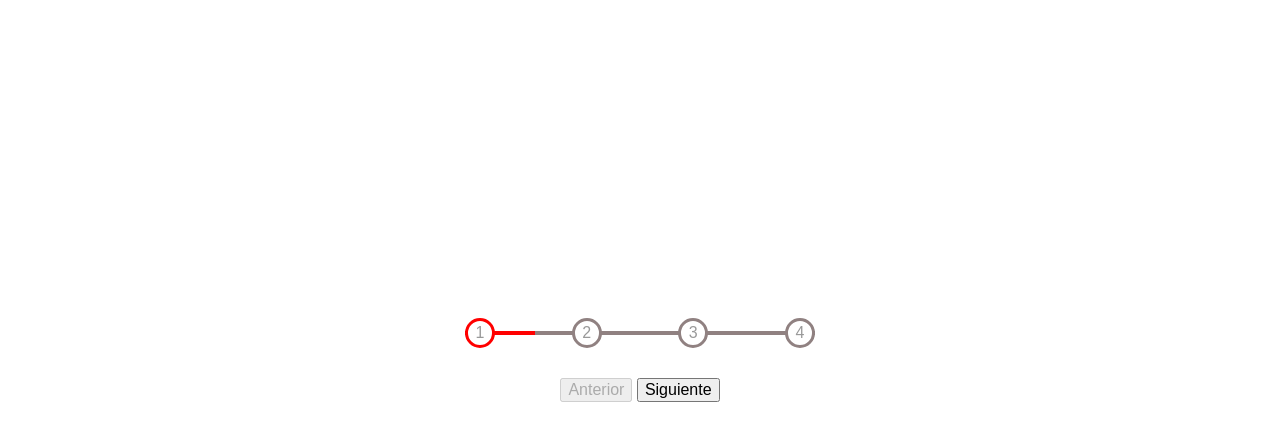
Repository: ElideZavala/Linea-de-tiempo
Page: index.html
An editor plug-in stored every save of this project. The page is shown before and after the next save, followed by the edit.
The browser window is 1280 px wide. The pictures show the whole page.
Some web fonts or font styles are not loaded; a fallback is used.

Above is the page before, as saved 2021-05-28 07:29:28.

### index.html
<!DOCTYPE html>
<html lang="en">
<head>
	<meta charset="UTF-8">
	<meta http-equiv="X-UA-Compatible" content="IE=edge">
	<meta name="viewport" content="width=device-width, initial-scale=1.0">
	<link rel="stylesheet" href="style.css">
	<link rel="stylesheet" href="normalize.css">
	<title>Pasos de progreso </title>
</head>
<body>
	<div class="container">
		<div class="progress-container">
			<div class="progress" id="progress"></div>
			<div class="circle active">1</div>
			<div class="circle">2</div>
			<div class="circle">3</div>
			<div class="circle">4</div>
		</div>

		<button class="btn" id="prev" disabled>Anterior</button>
		<button class="btn" id="next">Siguiente</button>
		<script src="script.js"></script>
	</div>
</body>
</html>

### style.css
/* @import url('https://fonts.googleapis.com/css2?family=Roboto:wght@400;700&display=swap'); */
@import url('https://fonts.googleapis.com/css?family=Muli&display=swap');


:root {
	--line-border-fill: rgb(144, 129, 129)
}

* {
	box-sizing: border-box;
}

body {
	font-family: 'Muli', sans-serif;
	display: flex;
	flex-direction: column;
	align-items: center;
	justify-content: center;
	height: 100vh;
	overflow: hidden;
	margin: 0;
}

.container {
	text-align: center;
}

.progress-container {
	display: flex;
	justify-content: space-between;
	position: relative;
	margin-bottom: 30px;
	max-width: 100%;
	width: 350px;
}

.progress-container::before {
	content: '';
	background-color: rgb(144, 129, 129);
	position: absolute;
	top: 50%;
	left: 0;
	transform: translateY(-50%);
	height: 4px;
	width: 100%;
	z-index: -1;
	transition: 0.4s ease;
}

.progress {
	background-color: red;
	position: absolute;
	top: 50%;
	left: 0;
	transform: translateY(-50%);
	height: 4px;
	width: 20%;
	z-index: -1;
	transition: 0.4s ease;
}

.circle {
	background-color: #fff;
	color: #999;
	border-radius: 50%;
	height: 30px;
	width: 30px;
	display: flex;
	align-items: center;
	justify-content: center;
	border: 3px solid rgb(144, 129, 129);
	transition: .4s ease;
}

.circle.active {
	border-color: red;
}

Loaded but not shown: normalize.css (library); script.js (no stored copy; drawn as an empty file)

After the next save:
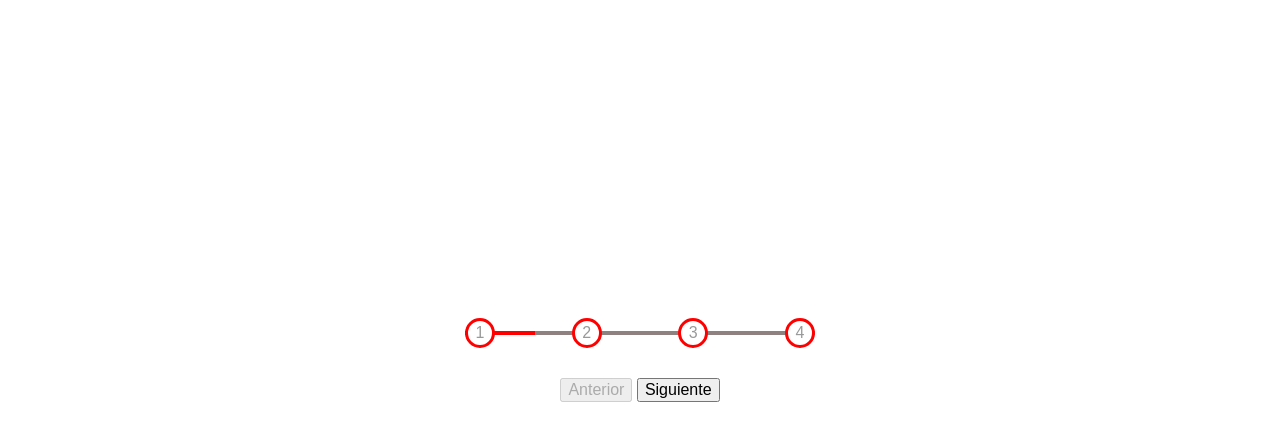
Saved 5 min 42 s later.
--- a/style.css
+++ b/style.css
@@ -3,7 +3,8 @@
 
 
 :root {
-	--line-border-fill: rgb(144, 129, 129)
+	--line-border-fill: red;
+	--line-border-empty: rgb(144, 129, 129);
 }
 
 * {
@@ -36,7 +37,7 @@
 
 .progress-container::before {
 	content: '';
-	background-color: rgb(144, 129, 129);
+	background-color: var( --line-border-empty);
 	position: absolute;
 	top: 50%;
 	left: 0;
@@ -68,7 +69,7 @@
 	display: flex;
 	align-items: center;
 	justify-content: center;
-	border: 3px solid rgb(144, 129, 129);
+	border: 3px solid var(--line-border-fill);
 	transition: .4s ease;
 }
 

After the save that followed:
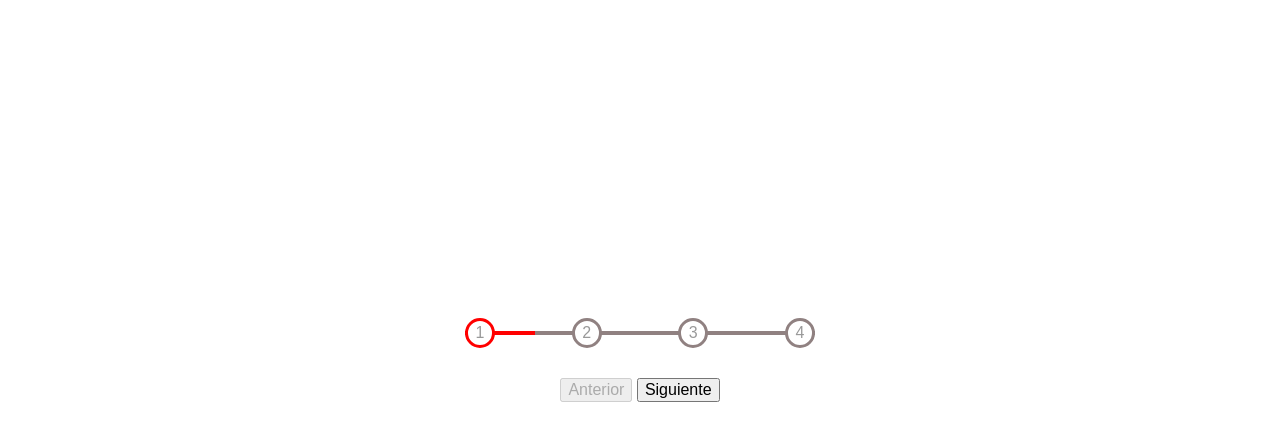
Saved 29 s later.
--- a/style.css
+++ b/style.css
@@ -69,7 +69,7 @@
 	display: flex;
 	align-items: center;
 	justify-content: center;
-	border: 3px solid var(--line-border-fill);
+	border: 3px solid var( --line-border-empty );
 	transition: .4s ease;
 }
 
